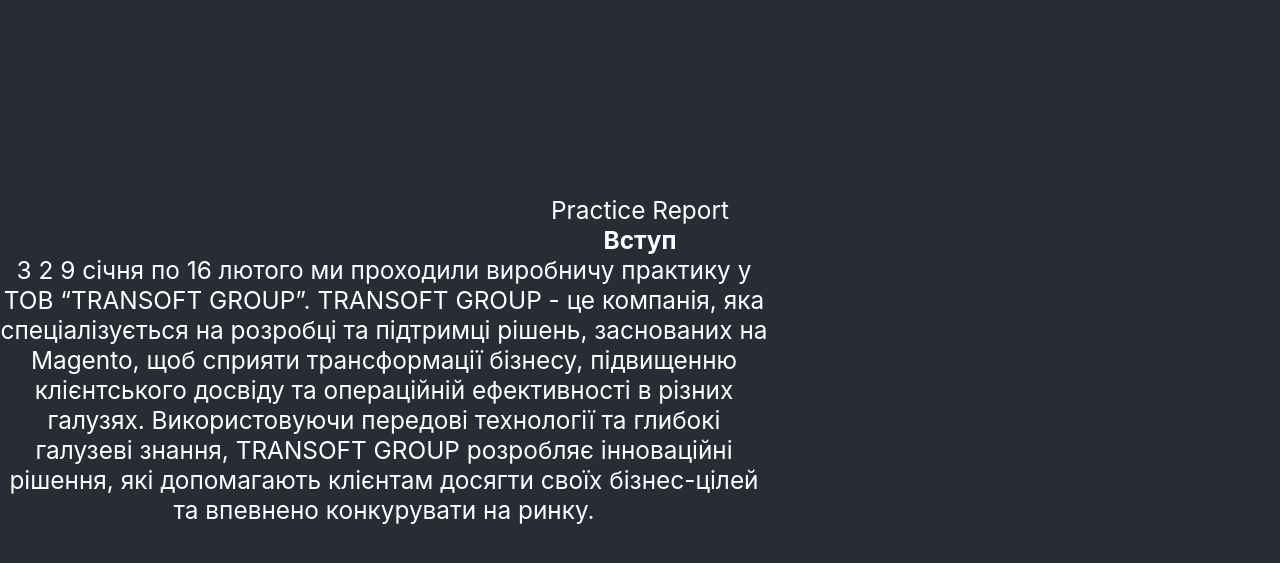
Repository: rutsguifd/prac-report
Page: /
The author's editor kept a copy of each file at every save. The page is drawn from the files as they stood at one save, then again after the next save.
The browser window is 1280 px wide. The pictures show the whole page.
The project was rebuilt for these pictures with package versions that can differ from the ones it lists, and the page was loaded fresh each time.

Above is the page before, as saved 2024-02-22 13:30:30.

After the next save:
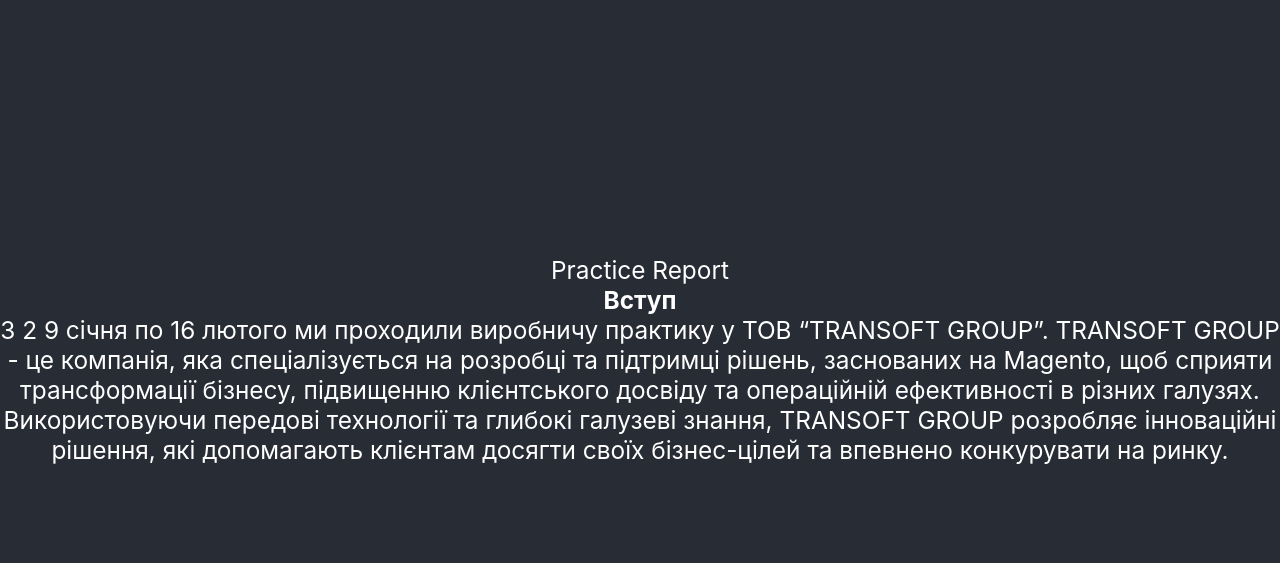
Saved 7 s later.
--- a/src/App.js
+++ b/src/App.js
@@ -7,7 +7,7 @@
         Practice Report
         <div>
           <b>Вступ</b>
-          <div style={{ maxWidth: "60%" }}>
+          <div>
             З 2 9 січня по 16 лютого ми проходили виробничу практику у ТОВ
             “TRANSOFT GROUP”. TRANSOFT GROUP - це компанія, яка спеціалізується
             на розробці та підтримці рішень, заснованих на Magento, щоб сприяти
